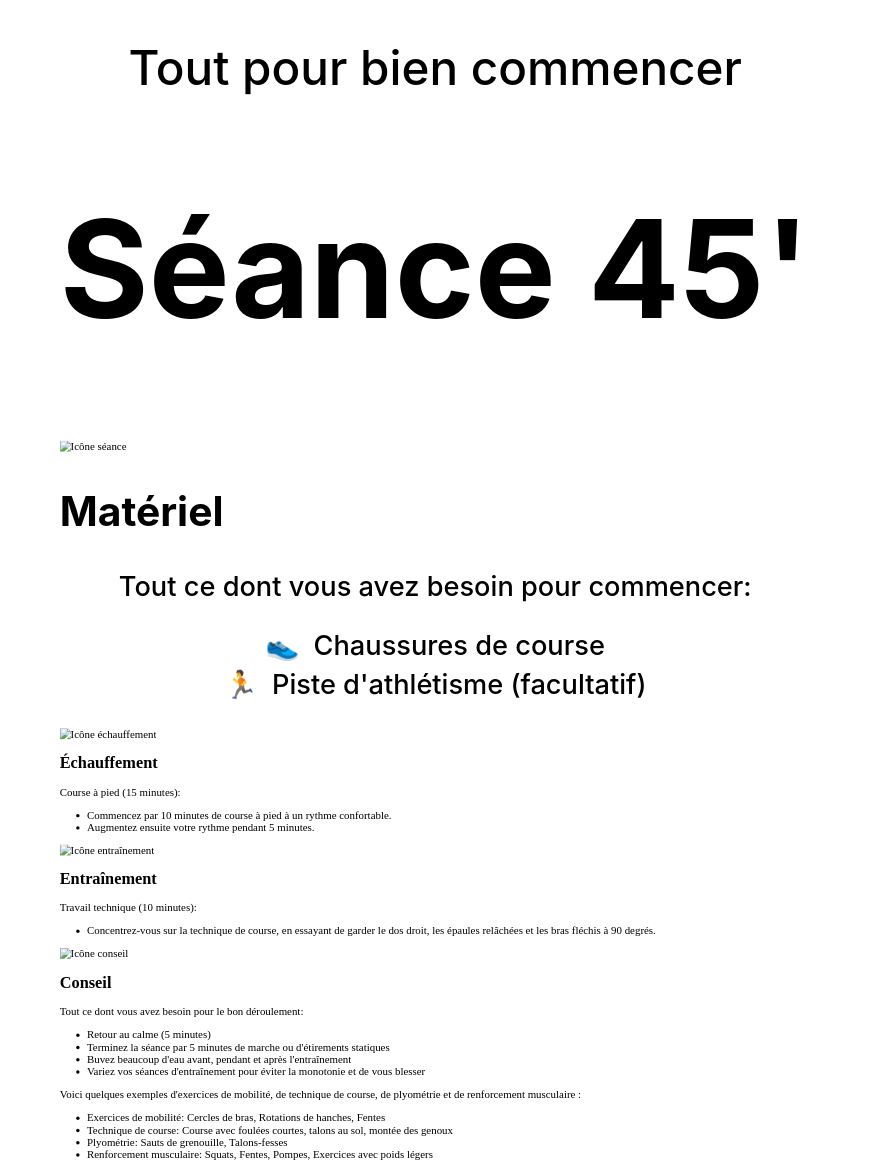
Repository: AdilGHAZAL/MosaiqueWebdoc
Page: /
An editor plug-in stored every save of this project. The page is shown before and after the next save, followed by the edit.
The browser window is 1280 px wide. The pictures show the whole page, at 68% of full size.
Some web fonts or font styles are not loaded; a fallback is used. The project was rebuilt for these pictures with package versions that can differ from the ones it lists, and the page was loaded fresh each time. Also part of the build but not shown: vite.config.js, src/App.css, src/components/Navbar.css, src/components/Navbar.jsx, src/components/Athletes.css, src/components/Athletes.jsx, src/components/Athletes2.jsx, src/components/Athletes3.jsx and 18 more.

Above is the page before, as saved 2024-05-02 16:56:26.

### index.html
<!doctype html>
<html lang="en">
  <head>
    <meta charset="UTF-8" />
    <link rel="icon" type="image/svg+xml" href="./src/logos/logoMosaique.svg" />
    <meta name="viewport" content="width=device-width, initial-scale=1.0" />
    <title>Mosaique</title>
    <link rel="preconnect" href="https://fonts.googleapis.com">
<link rel="preconnect" href="https://fonts.gstatic.com" crossorigin>
<link href="https://fonts.googleapis.com/css2?family=Mina:wght@400;700&display=swap" rel="stylesheet">
  </head>
  <body>
    <div id="root"></div>
    <script type="module" src="/src/main.jsx"></script>
  </body>
</html>

### src/App.jsx
// App.jsx
import React from 'react';
import { BrowserRouter as Router, Routes, Route} from 'react-router-dom';
import './App.css'; // Import the CSS file
import HomePage from './components/HomePage';
import Athlete1 from './Athelete1/Athlete1'; // Import the NouvellePage component
import LoginScreen from './LoginScreen';
import MainView from './backoffice';
import TrainingPage from './TrainingPage';
const App = () => {
    return (
        <Router>

                <Routes>
                    <Route path="/" element={<TrainingPage/>} />
                    <Route path="/Athlete1" element={<Athlete1/>} />
                    <Route path="/login" element={<LoginScreen/>  }/>
                    <Route path='/backoffice'element={<MainView/>}/>
                </Routes>

        </Router>
    );
};

export default App;

### src/index.css
:root {
  --rose: #E9257F

}

### src/TrainingPage.jsx
import React from 'react';
import './TrainingPage.css';  // Assurez-vous que le chemin vers le fichier CSS est correct

const TrainingPage = () => {
  return (
    <div className="containerTraining">
      <section className="session-info">
        <h2>Tout pour bien commencer</h2>
      </section>

      <div className="sectionMaterial">
        <h1>Séance 45'</h1>
        <img src="" alt="Icône séance" />
        <h2>Matériel</h2>
        <p>Tout ce dont vous avez besoin pour commencer:</p>
        <ul>
          <li><span className="icon">&#128095;</span> Chaussures de course</li>
          <li><span className="icon">&#127939;</span> Piste d'athlétisme (facultatif)</li>
        </ul>
      </div>

      <div className="sectionWarmUp">
        <img src="" alt="Icône échauffement" />
        <h2>Échauffement</h2>
        <div>
          <p>Course à pied (15 minutes):</p>
          <ul>
            <li>Commencez par 10 minutes de course à pied à un rythme confortable.</li>
            <li>Augmentez ensuite votre rythme pendant 5 minutes.</li>
          </ul>
        </div>
      </div>

      <div className="sectionTraining">
        <img src="" alt="Icône entraînement" />
        <h2>Entraînement</h2>
        <div>
          <p>Travail technique (10 minutes):</p>
          <ul>
            <li>Concentrez-vous sur la technique de course, en essayant de garder le dos droit, les épaules relâchées et les bras fléchis à 90 degrés.</li>
          </ul>
        </div>
      </div>

      <div className="sectionAdvice">
        <img src="" alt="Icône conseil" />
        <h2>Conseil</h2>
        <div>
          <p>Tout ce dont vous avez besoin pour le bon déroulement:</p>
          <ul>
            <li>Retour au calme (5 minutes)</li>
            <li>Terminez la séance par 5 minutes de marche ou d'étirements statiques</li>
            <li>Buvez beaucoup d'eau avant, pendant et après l'entraînement</li>
            <li>Variez vos séances d'entraînement pour éviter la monotonie et de vous blesser</li>
          </ul>
          <p>Voici quelques exemples d'exercices de mobilité, de technique de course, de plyométrie et de renforcement musculaire :</p>
          <ul>
            <li>Exercices de mobilité: Cercles de bras, Rotations de hanches, Fentes</li>
            <li>Technique de course: Course avec foulées courtes, talons au sol, montée des genoux</li>
            <li>Plyométrie: Sauts de grenouille, Talons-fesses</li>
            <li>Renforcement musculaire: Squats, Fentes, Pompes, Exercices avec poids légers</li>
          </ul>
        </div>
      </div>
    </div>
  );
};

export default TrainingPage;

### src/components/HomePage.css
/* App.css */
body {
    margin: 0;
    background-color: #ffffff;
    color: #000000;
    display: flex;
    flex-direction: column;
    align-items: center;
    justify-content: center;
    min-height: 100vh;

  }

  .app-container {
      font-family: "SF Pro Display-Medium", Helvetica;
    width: 100vw;
    height: 100%;
    min-height: 100vh;
    /*  background-image: url('./assets/ub1.png');*/
    display: flex;
    flex-direction: column;
    margin: auto;
    background-color: #ffffff;
  }

  .main-title {
    font-family: 'SF Pro Display', sans-serif;
    font-size: 70px;
    font-weight: 500;
    line-height: 83.54px;
    text-align: center;
    margin-top: 100px;
  }

  .bold-text {
    font-weight: 700;
  }

  .content {
    padding: 20px;
    width: 100%;
    max-width: 1200px;
    margin: auto;

  }

  .UBimage {
    width: auto;
  }

  .bottom-text {
    font-size: 18px;
    text-align: center;
    margin-top: 30px;
  }
  .scroll-reveal > * {
    /* text-align: justify; */
    display: inline;
    color:hsl(0deg 22.14% 64.8% / 20%);
    font-size: 60px;
    font-weight: 500;
    background-clip: text;
    background-repeat: no-repeat;
    background-size: 0% 100%;
    background-image: linear-gradient( #E9257F, #ce1f71 );
    animation: scroll-reveal linear forwards;
    animation-timeline: view();
  }

  .scroll-text {

    text-align: justify;
  }
  @keyframes scroll-reveal {
    to {
      background-size: 100% 100%;
    }
  }
  .scroll-reveal p {
    /* font-family: SF Pro Display; */


  }

  .scrollPhotos {
    display: flex;
    justify-content: flex-start; /* Align photos to the maximum left */
    width: 100%;
    overflow-x: auto; /* Enable horizontal scrolling if photos exceed container width */
    padding: 20px 0; /* Optional padding */
  }

### src/TrainingPage.css
/* Styles pour "Tout pour bien commencer" */
.session-info h2 {
    font-family: 'SF Pro Display', sans-serif;
    font-size: 70px;
    font-weight: 500;
    line-height: 83.54px;
    text-align: center;
  }

  /* Styles pour "Séance 45'" */
  .sectionMaterial h1 {
    font-family: 'SF Pro Display', sans-serif;
    font-size: 200px;
    font-weight: 700;
    line-height: 238.67px;
    text-align: center;
  }

  /* Styles pour "Matériel" */
  .sectionMaterial h2 {
    font-family: 'SF Pro Display', sans-serif;
    font-size: 60px;
    font-weight: 700;
    line-height: 71.6px;
    text-align: justify; /* Notez que 'justify' n'est pas valide pour 'text-align', vous voudriez peut-être utiliser 'justified' dans une classe différente si c'est nécessaire */
  }

  /* Styles pour "Tout ce dont vous avez besoin pour commencer:" et la liste */
  .sectionMaterial p, .sectionMaterial ul {
    font-family: 'SF Pro Display', sans-serif;
    font-size: 40px;
    font-weight: 500;
    line-height: 47.73px;
    text-align: center;
  }

  /* Styles additionnels pour la liste pour garder les icônes alignées */
  .sectionMaterial ul {
    padding: 0;
    list-style-type: none; /* Enlève les puces de la liste */
  }

  .sectionMaterial li {
    margin-bottom: 10px; /* Espacement entre les éléments de la liste */
  }

  .sectionMaterial .icon {
    font-size: 40px; /* Assure que les icônes ont la même taille de police que le texte */
    margin-right: 10px; /* Espacement entre l'icône et le texte */
  }

Loaded but not shown: src/main.jsx (common file)

After the next save:
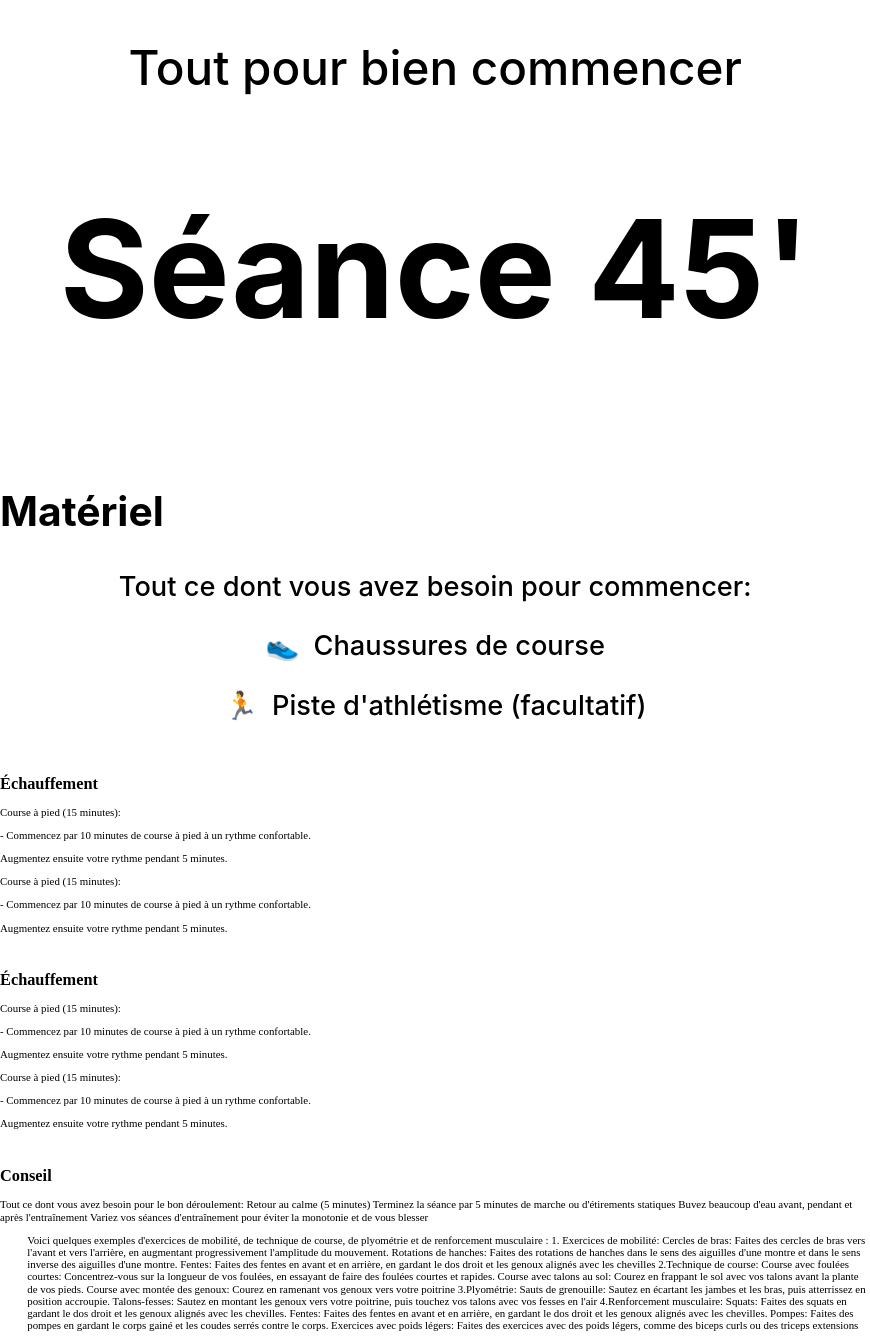
Saved 8 s later.
--- a/src/TrainingPage.jsx
+++ b/src/TrainingPage.jsx
@@ -6,59 +6,103 @@
     <div className="containerTraining">
       <section className="session-info">
         <h2>Tout pour bien commencer</h2>
+
       </section>
 
       <div className="sectionMaterial">
         <h1>Séance 45'</h1>
-        <img src="" alt="Icône séance" />
+        <img src="" alt="" />
         <h2>Matériel</h2>
         <p>Tout ce dont vous avez besoin pour commencer:</p>
-        <ul>
-          <li><span className="icon">&#128095;</span> Chaussures de course</li>
-          <li><span className="icon">&#127939;</span> Piste d'athlétisme (facultatif)</li>
-        </ul>
+        <p><span className="icon">&#128095;</span> Chaussures de course</p>
+        <p><span className="icon">&#127939;</span> Piste d'athlétisme (facultatif)</p>
       </div>
 
-      <div className="sectionWarmUp">
-        <img src="" alt="Icône échauffement" />
+      <div className="sectionwarm-up">
+        <img src="" alt="" />
         <h2>Échauffement</h2>
-        <div>
-          <p>Course à pied (15 minutes):</p>
-          <ul>
-            <li>Commencez par 10 minutes de course à pied à un rythme confortable.</li>
-            <li>Augmentez ensuite votre rythme pendant 5 minutes.</li>
-          </ul>
-        </div>
+        <span>
+        <p>Course à pied (15 minutes):
+          <p>
+          - Commencez par 10 minutes de course à pied à un rythme confortable.
+          </p>
+          <p>Augmentez ensuite votre rythme pendant 5 minutes.</p>
+        </p>
+        </span>
+        <span>
+        <p>Course à pied (15 minutes):
+          <p>
+          - Commencez par 10 minutes de course à pied à un rythme confortable.
+          </p>
+          <p>Augmentez ensuite votre rythme pendant 5 minutes.</p>
+        </p>
+        </span>
       </div>
 
       <div className="sectionTraining">
-        <img src="" alt="Icône entraînement" />
-        <h2>Entraînement</h2>
-        <div>
-          <p>Travail technique (10 minutes):</p>
-          <ul>
-            <li>Concentrez-vous sur la technique de course, en essayant de garder le dos droit, les épaules relâchées et les bras fléchis à 90 degrés.</li>
-          </ul>
-        </div>
+      <img src="" alt="" />
+        <h2>Échauffement</h2>
+        <span>
+        <p>Course à pied (15 minutes):
+          <p>
+          - Commencez par 10 minutes de course à pied à un rythme confortable.
+          </p>
+          <p>Augmentez ensuite votre rythme pendant 5 minutes.</p>
+        </p>
+        </span>
+        <span>
+        <p>Course à pied (15 minutes):
+          <p>
+          - Commencez par 10 minutes de course à pied à un rythme confortable.
+          </p>
+          <p>Augmentez ensuite votre rythme pendant 5 minutes.</p>
+        </p>
+        </span>
       </div>
 
       <div className="sectionAdvice">
-        <img src="" alt="Icône conseil" />
+        <img src="" alt="" />
         <h2>Conseil</h2>
+        <p>
+        Tout ce dont vous avez besoin pour le bon déroulement:
+
+        Retour au calme (5 minutes)
+
+        Terminez la séance par 5 minutes de marche ou d'étirements statiques
+
+        Buvez beaucoup d'eau avant, pendant et après l'entraînement
+
+        Variez vos séances d'entraînement pour éviter la monotonie et de vous blesser
+        </p>
         <div>
-          <p>Tout ce dont vous avez besoin pour le bon déroulement:</p>
           <ul>
-            <li>Retour au calme (5 minutes)</li>
-            <li>Terminez la séance par 5 minutes de marche ou d'étirements statiques</li>
-            <li>Buvez beaucoup d'eau avant, pendant et après l'entraînement</li>
-            <li>Variez vos séances d'entraînement pour éviter la monotonie et de vous blesser</li>
-          </ul>
-          <p>Voici quelques exemples d'exercices de mobilité, de technique de course, de plyométrie et de renforcement musculaire :</p>
-          <ul>
-            <li>Exercices de mobilité: Cercles de bras, Rotations de hanches, Fentes</li>
-            <li>Technique de course: Course avec foulées courtes, talons au sol, montée des genoux</li>
-            <li>Plyométrie: Sauts de grenouille, Talons-fesses</li>
-            <li>Renforcement musculaire: Squats, Fentes, Pompes, Exercices avec poids légers</li>
+            <p>
+            Voici quelques exemples d'exercices de mobilité, de technique de course, de plyométrie et de renforcement musculaire :
+
+1. Exercices de mobilité:
+
+Cercles de bras: Faites des cercles de bras vers l'avant et vers l'arrière, en augmentant progressivement l'amplitude du mouvement.
+Rotations de hanches: Faites des rotations de hanches dans le sens des aiguilles d'une montre et dans le sens inverse des aiguilles d'une montre.
+Fentes: Faites des fentes en avant et en arrière, en gardant le dos droit et les genoux alignés avec les chevilles
+
+2.Technique de course:
+
+Course avec foulées courtes: Concentrez-vous sur la longueur de vos foulées, en essayant de faire des foulées courtes et rapides.
+Course avec talons au sol: Courez en frappant le sol avec vos talons avant la plante de vos pieds.
+Course avec montée des genoux: Courez en ramenant vos genoux vers votre poitrine
+
+3.Plyométrie:
+
+Sauts de grenouille: Sautez en écartant les jambes et les bras, puis atterrissez en position accroupie.
+Talons-fesses: Sautez en montant les genoux vers votre poitrine, puis touchez vos talons avec vos fesses en l'air
+
+4.Renforcement musculaire:
+
+Squats: Faites des squats en gardant le dos droit et les genoux alignés avec les chevilles.
+Fentes: Faites des fentes en avant et en arrière, en gardant le dos droit et les genoux alignés avec les chevilles.
+Pompes: Faites des pompes en gardant le corps gainé et les coudes serrés contre le corps.
+Exercices avec poids légers: Faites des exercices avec des poids légers, comme des biceps curls ou des triceps extensions
+            </p>
           </ul>
         </div>
       </div>

After the save that followed:
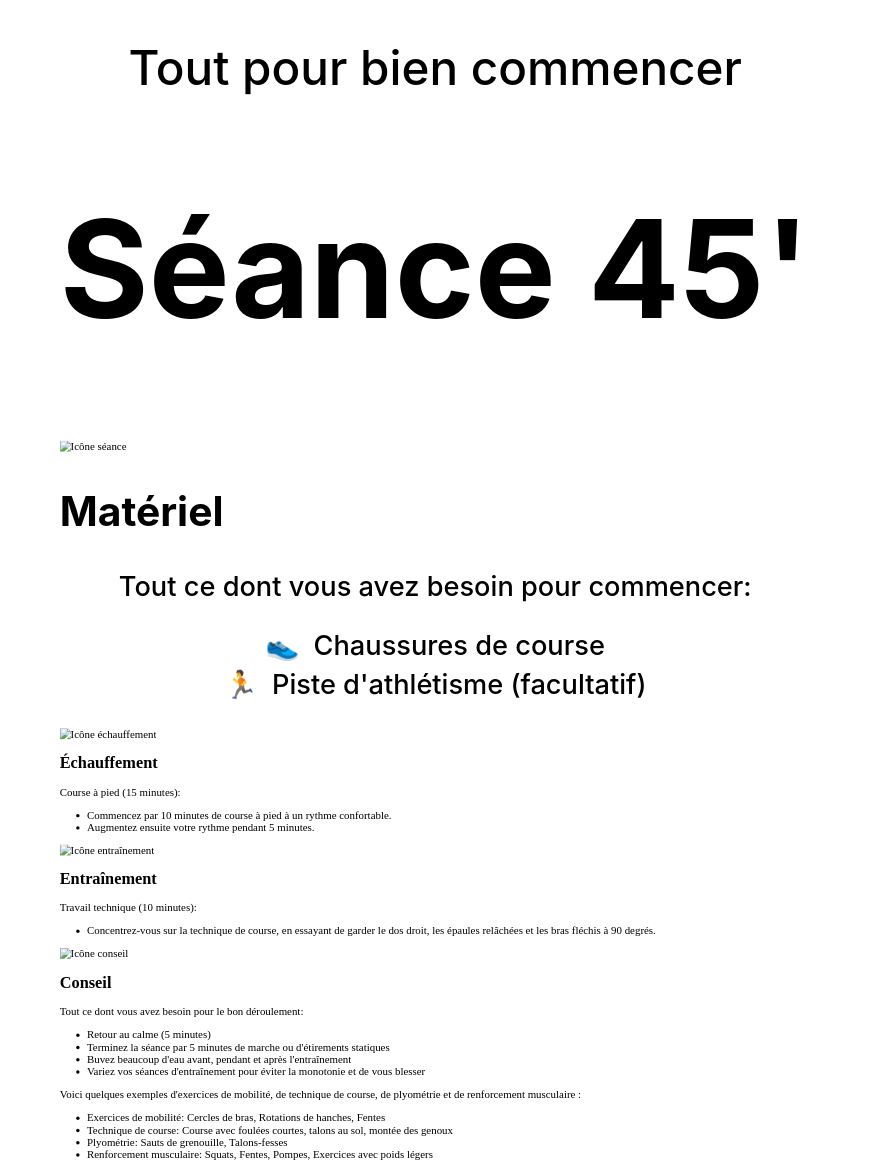
Saved 3 min 10 s later.
--- a/src/TrainingPage.jsx
+++ b/src/TrainingPage.jsx
@@ -6,103 +6,59 @@
     <div className="containerTraining">
       <section className="session-info">
         <h2>Tout pour bien commencer</h2>
-
       </section>
 
       <div className="sectionMaterial">
         <h1>Séance 45'</h1>
-        <img src="" alt="" />
+        <img src="" alt="Icône séance" />
         <h2>Matériel</h2>
         <p>Tout ce dont vous avez besoin pour commencer:</p>
-        <p><span className="icon">&#128095;</span> Chaussures de course</p>
-        <p><span className="icon">&#127939;</span> Piste d'athlétisme (facultatif)</p>
+        <ul>
+          <li><span className="icon">&#128095;</span> Chaussures de course</li>
+          <li><span className="icon">&#127939;</span> Piste d'athlétisme (facultatif)</li>
+        </ul>
       </div>
 
-      <div className="sectionwarm-up">
-        <img src="" alt="" />
+      <div className="sectionWarmUp">
+        <img src="" alt="Icône échauffement" />
         <h2>Échauffement</h2>
-        <span>
-        <p>Course à pied (15 minutes):
-          <p>
-          - Commencez par 10 minutes de course à pied à un rythme confortable.
-          </p>
-          <p>Augmentez ensuite votre rythme pendant 5 minutes.</p>
-        </p>
-        </span>
-        <span>
-        <p>Course à pied (15 minutes):
-          <p>
-          - Commencez par 10 minutes de course à pied à un rythme confortable.
-          </p>
-          <p>Augmentez ensuite votre rythme pendant 5 minutes.</p>
-        </p>
-        </span>
+        <div>
+          <p>Course à pied (15 minutes):</p>
+          <ul>
+            <li>Commencez par 10 minutes de course à pied à un rythme confortable.</li>
+            <li>Augmentez ensuite votre rythme pendant 5 minutes.</li>
+          </ul>
+        </div>
       </div>
 
       <div className="sectionTraining">
-      <img src="" alt="" />
-        <h2>Échauffement</h2>
-        <span>
-        <p>Course à pied (15 minutes):
-          <p>
-          - Commencez par 10 minutes de course à pied à un rythme confortable.
-          </p>
-          <p>Augmentez ensuite votre rythme pendant 5 minutes.</p>
-        </p>
-        </span>
-        <span>
-        <p>Course à pied (15 minutes):
-          <p>
-          - Commencez par 10 minutes de course à pied à un rythme confortable.
-          </p>
-          <p>Augmentez ensuite votre rythme pendant 5 minutes.</p>
-        </p>
-        </span>
+        <img src="" alt="Icône entraînement" />
+        <h2>Entraînement</h2>
+        <div>
+          <p>Travail technique (10 minutes):</p>
+          <ul>
+            <li>Concentrez-vous sur la technique de course, en essayant de garder le dos droit, les épaules relâchées et les bras fléchis à 90 degrés.</li>
+          </ul>
+        </div>
       </div>
 
       <div className="sectionAdvice">
-        <img src="" alt="" />
+        <img src="" alt="Icône conseil" />
         <h2>Conseil</h2>
-        <p>
-        Tout ce dont vous avez besoin pour le bon déroulement:
-
-        Retour au calme (5 minutes)
-
-        Terminez la séance par 5 minutes de marche ou d'étirements statiques
-
-        Buvez beaucoup d'eau avant, pendant et après l'entraînement
-
-        Variez vos séances d'entraînement pour éviter la monotonie et de vous blesser
-        </p>
         <div>
+          <p>Tout ce dont vous avez besoin pour le bon déroulement:</p>
           <ul>
-            <p>
-            Voici quelques exemples d'exercices de mobilité, de technique de course, de plyométrie et de renforcement musculaire :
-
-1. Exercices de mobilité:
-
-Cercles de bras: Faites des cercles de bras vers l'avant et vers l'arrière, en augmentant progressivement l'amplitude du mouvement.
-Rotations de hanches: Faites des rotations de hanches dans le sens des aiguilles d'une montre et dans le sens inverse des aiguilles d'une montre.
-Fentes: Faites des fentes en avant et en arrière, en gardant le dos droit et les genoux alignés avec les chevilles
-
-2.Technique de course:
-
-Course avec foulées courtes: Concentrez-vous sur la longueur de vos foulées, en essayant de faire des foulées courtes et rapides.
-Course avec talons au sol: Courez en frappant le sol avec vos talons avant la plante de vos pieds.
-Course avec montée des genoux: Courez en ramenant vos genoux vers votre poitrine
-
-3.Plyométrie:
-
-Sauts de grenouille: Sautez en écartant les jambes et les bras, puis atterrissez en position accroupie.
-Talons-fesses: Sautez en montant les genoux vers votre poitrine, puis touchez vos talons avec vos fesses en l'air
-
-4.Renforcement musculaire:
-
-Squats: Faites des squats en gardant le dos droit et les genoux alignés avec les chevilles.
-Fentes: Faites des fentes en avant et en arrière, en gardant le dos droit et les genoux alignés avec les chevilles.
-Pompes: Faites des pompes en gardant le corps gainé et les coudes serrés contre le corps.
-Exercices avec poids légers: Faites des exercices avec des poids légers, comme des biceps curls ou des triceps extensions
-            </p>
+            <li>Retour au calme (5 minutes)</li>
+            <li>Terminez la séance par 5 minutes de marche ou d'étirements statiques</li>
+            <li>Buvez beaucoup d'eau avant, pendant et après l'entraînement</li>
+            <li>Variez vos séances d'entraînement pour éviter la monotonie et de vous blesser</li>
+          </ul>
+          <p>Voici quelques exemples d'exercices de mobilité, de technique de course, de plyométrie et de renforcement musculaire :</p>
+          <ul>
+            <li>Exercices de mobilité: Cercles de bras, Rotations de hanches, Fentes</li>
+            <li>Technique de course: Course avec foulées courtes, talons au sol, montée des genoux</li>
+            <li>Plyométrie: Sauts de grenouille, Talons-fesses</li>
+            <li>Renforcement musculaire: Squats, Fentes, Pompes, Exercices avec poids légers</li>
           </ul>
         </div>
       </div>
